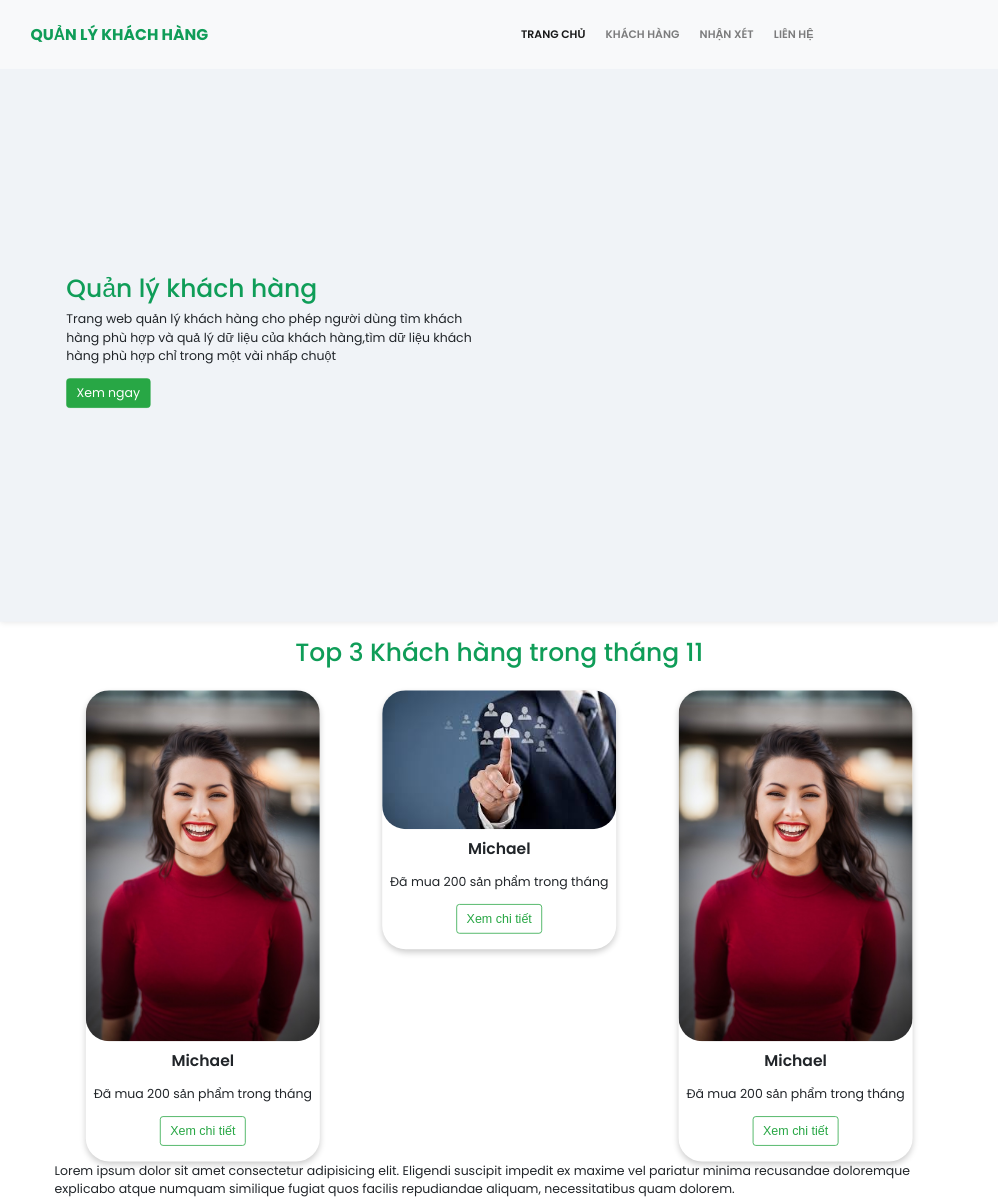
Repository: huutien1904/bt2-ltw
Page: index.html
An editor plug-in stored every save of this project. The page is shown before and after the next save, followed by the edit.
The browser window is 1280 px wide. The pictures show the whole page, at 78% of full size.

Above is the page before, as saved 2021-11-04 09:04:12.

After the next save:
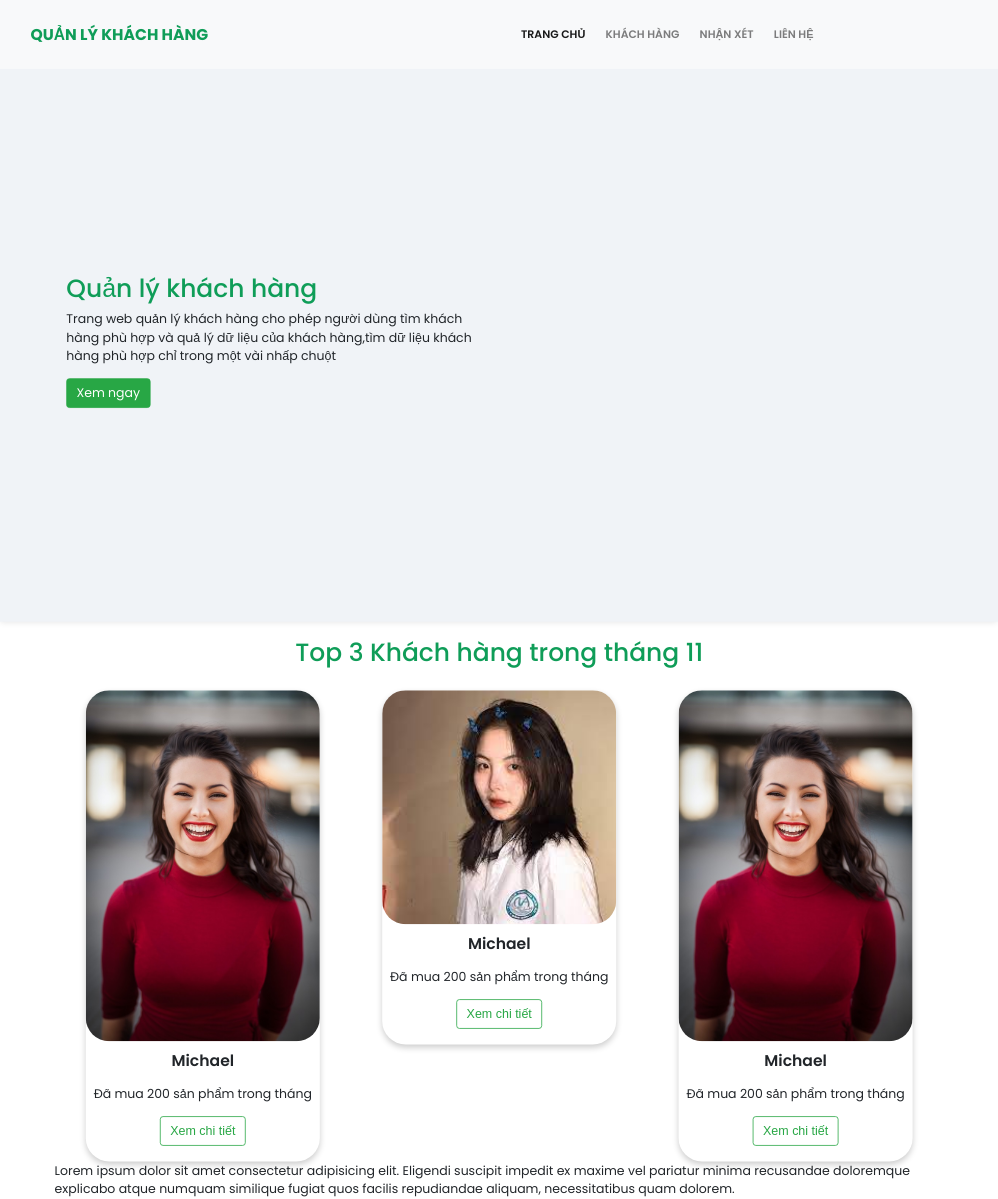
Saved 9 s later.
--- a/index.html
+++ b/index.html
@@ -114,7 +114,7 @@
         </div>
         <div class="col-md-4 col-sm-12">
           <div class="customer_top">
-            <img src="./img/images.jpg" alt="Denim Jeans" style="width:100%">
+            <img src="./img/tải xuống.jpg" alt="Denim Jeans" style="width:100%">
             <p class="customer_top-name">Michael</p>
             <p>Đã mua 200 sản phẩm trong tháng</p>
             <button type="button " class="btn btn-outline-success btn_des">Xem chi tiết</button>
